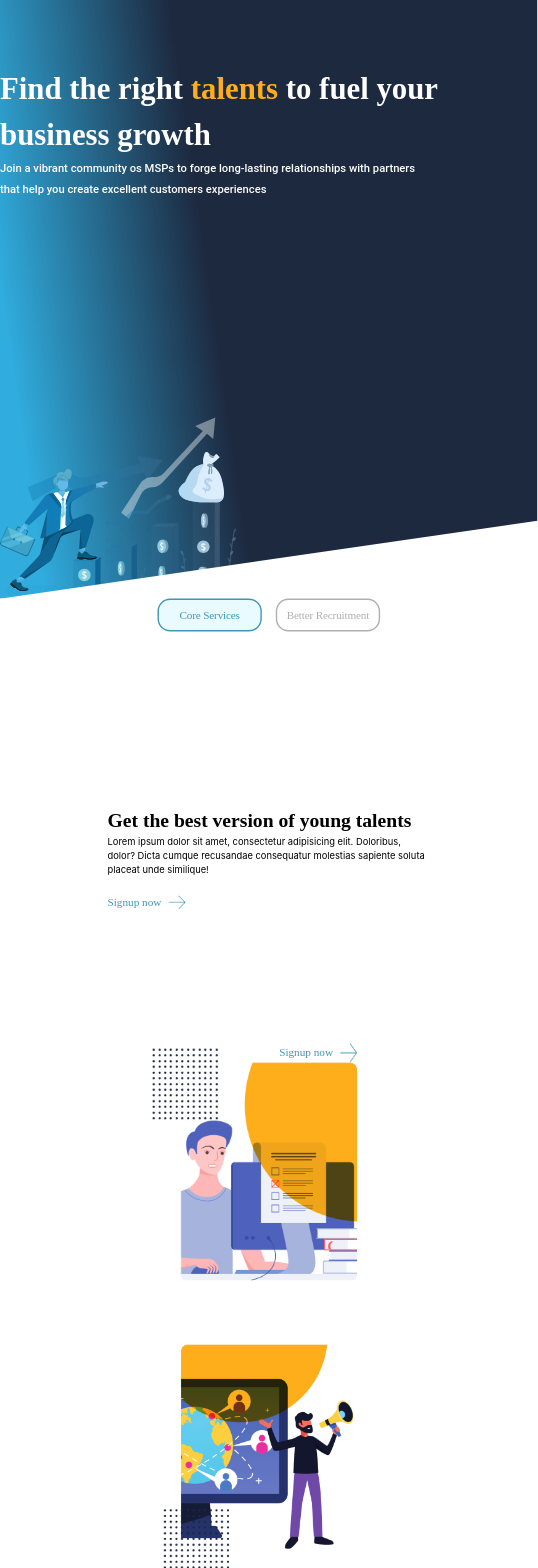
Repository: uh-sman/Vacanxe
Page: /
The author's editor kept a copy of each file at every save. The page is drawn from the files as they stood at one save, then again after the next save.
The browser window is 768 px wide. The pictures show the part of the page from y = 0 to 2240 px (the page is 5602 px tall before and 5822 px after), at 70% of full size.
The project was rebuilt for these pictures with package versions that can differ from the ones it lists, and the page was loaded fresh each time. Also part of the build but not shown: src/components/data.js, src/components/navbar.css, src/components/SideNav.jsx, src/components/Navbar.jsx.

Above is the page before, as saved 2022-12-04 11:52:37.

### src/App.js
import logo from "./logo.svg";
import "./App.css";
import Head from "./components/Head";

function App() {
  return (
    <div className="App">
      <Head />
    </div>
  );
}

export default App;

### src/App.css
* {
  margin: 0;
  padding: 0;
  box-sizing: border-box;
  list-style: none;
  text-decoration: none;
  /* overflow: hidden; */
}
/* @keyframes App-logo-spin {
  from {
    transform: rotate(0deg);
  }
  to {
    transform: rotate(360deg);
  }
} */

### src/components/Head.js
import React from "react";
import { Body } from "./Body";
import { Footer } from "./Footer";
import { Hero } from "./Hero";
import { Navbar } from "./Navbar";
import { Team } from "./Team";

const Head = () => {
  return (
    <div>
      {/* <Navbar /> */}
      <Hero />
      <Body />
      <Team />
      <Footer />
    </div>
  );
};

export default Head;

### src/components/Body.jsx
import React from "react";
import "./version.css";
import { Services } from "./Services";
import { Versions } from "./Versions";
export const Body = () => {
  return (
    <div>
      <Services />
      <div className="flex">
        <Versions />
      </div>
    </div>
  );
};

### src/components/Footer.jsx
import React from "react";
import logo from "../assets/logo 1.png";
import "./footer.css";
export const Footer = () => {
  return (
    <div>
      <div className="footer-section">
        <div className="image-logo">
          <img src={logo} />
        </div>
        <div className="footer-texts">
          <div className="div">
            <p className="text">
              Your ultimate email solution to grow business and engaging with
              future customers and clients.
            </p>
            <button className="button">Ask Question</button>
          </div>
          <div className="div">
            <ul>
              <h4>Community</h4>
              <li>For Talents</li>
              <li>For Companies</li>
              <li>Facebook Group</li>
              <li>FAQ</li>
            </ul>
          </div>
          <div className="div">
            <ul>
              <h4>About us</h4>
              <li>Meet the Team</li>
              <li>Our Story</li>
              <li>Career</li>
            </ul>
          </div>
          <div className="div">
            <ul>
              <h4>Contacts</h4>
              <p>
                Feel free to get in touch with us via phone or send us a message
              </p>
            </ul>
          </div>
        </div>
        <div className="div">
          <ul>
            <li className="copyright">
              &copy;Vacanxe 2022, All Rights Reserved
            </li>
            <li></li>
          </ul>
        </div>
      </div>
    </div>
  );
};

### src/components/Hero.jsx
import React from "react";
import "./hero.css";
import partner from "../assets/Partner.svg";
export const Hero = () => {
  return (
    <div className="hero">
      <div>
        <div className="container">
          <div className="hero-container">
            <div className="hero-content">
              <h1 className="header">
                Find the right <span>talents</span> to fuel your business growth
              </h1>
              <small className="text">
                Join a vibrant community os MSPs to forge long-lasting
                relationships with partners
                <br /> that help you create excellent customers experiences
              </small>
            </div>
            <div>
              <img src={partner} className="partner-img" />
            </div>
          </div>
        </div>
      </div>
    </div>
  );
};

### src/components/Team.jsx
import React from "react";
import { ContactInfo } from "./ContactInfo";
import { Form } from "./Form";
import "./team.css";
export const Team = () => {
  return (
    <div>
      <div className="team-container">
        <div className="team">
          <div className="build">
            <div className="team-header">
              <h1>
                <span className="custom"> Build</span> Your Dream Team !
              </h1>
              <small className="small">
                Start your team development with a free consultation. Fill out
                the form and Vacanxe representative will contact you.
              </small>
            </div>
            <div className="flexed">
              {" "}
              <div>
                <Form />
              </div>
              <div>
                <ContactInfo />
              </div>
            </div>
          </div>
        </div>
      </div>
    </div>
  );
};
// ;

### src/components/version.css
.version-link {
  font-family: Poppins;
  font-size: 16px;
  font-weight: 500;
  line-height: 28px;
  letter-spacing: 0em;
  color: #4196b8;
  text-align: center;
}
.versions-container {
  margin-top: 80px;
}
.versions-section1 {
  /* display: grid; */
  /* place-items: center; */
  display: flex;
  gap: 162.58px;
  justify-content: center;
  align-items: center;
  margin-bottom: 80px;
  /* padding: 86px 50px; */

  /* grid-template-columns: 1fr 1fr; */
}
.versions-section2 {
  /* display: grid; */
  /* place-items: center; */
  display: flex;
  gap: 162.58px;
  justify-content: center;
  align-items: center;
  margin: auto;
  /* padding: 86px 50px; */

  /* grid-template-columns: 1fr 1fr; */
}
.versions-section1 {
  /* display: grid; */
  /* place-items: center; */
  display: flex;
  gap: 162.58px;
  justify-content: center;
  align-items: center;
  margin: auto;
  padding-top: 86px;
  padding-left: 110px;

  /* grid-template-columns: 1fr 1fr; */
}
.text-section {
  width: 20%;
}
.h2 {
  font-family: Poppins;
  font-size: 28px;
  font-weight: 700;
  line-height: 37px;
  letter-spacing: 0em;
  /* text-align: left; */
  /* width: 379px;
  height: 74px; */

  /* font-family: "Poppins";
  font-style: normal;
  font-weight: 700;
  font-size: 28px;
  line-height: 37px; */
}
.man {
  height: 313.4984436035156px;
  width: 251.41943359375px;
  /* left: 872.580078125px;
top: 830.1708984375px;
border-radius: [object Object]px; */
}
.flex {
  display: flex;
  gap: 36px;
}
/* .versions-container {
  display: flex;
  flex-direction: column;
  justify-content: center;
  align-items: center;
  margin: auto;
} */
.dotted {
  position: absolute;
  margin-top: -20px;
  margin-left: -40px;
}
.dotted-2 {
  position: absolute;
  margin-top: 235px;
  margin-left: -24px;
}
.arrow {
  margin-top: 24px;
  display: flex;
  align-items: center;
  gap: 10px;
}
.arrow1 {
  margin-top: 24px;
  display: flex;

  /* align-items: flex-end; */
  justify-content: flex-end;
  gap: 10px;
}
@media only screen and (max-width: 950px) {
  .versions-section1 {
    flex-direction: column;
    padding-left: 0px;
  }
  .text-section {
    width: 60%;
  }
}

### src/components/Services.jsx
import React from "react";
import "./services.css";
export const Services = () => {
  return (
    <div>
      <div>
        <ul className="services-button-section">
          <a className="btn-core">Core Services</a>
          <a className="btn-better">Better Recruitment</a>
        </ul>
      </div>
    </div>
  );
};

### src/components/Versions.jsx
import React from "react";
import "./version.css";
import man from "../assets/computer.png";
import img from "../assets/Group 1.png";
import img2 from "../assets/Group_4.png";
import arrow from "../assets/Group.png";
import dotted from "../assets/Dot Pattern 1.png";
export const Versions = () => {
  return (
    <div>
      <div className="versions-container">
        <div className="versions-section1">
          <div className="text-section">
            <h2 className="h2">Get the best version of young talents</h2>
            <small>
              Lorem ipsum dolor sit amet, consectetur adipisicing elit.
              Doloribus, dolor? Dicta cumque recusandae consequatur molestias
              sapiente soluta placeat unde similique!
            </small>
            <div className="arrow">
              <a className="version-link">Signup now </a>
              <img src={arrow} />
            </div>
          </div>
          <div>
            <div className="arrow1">
              <a className="version-link">Signup now </a>
              <img src={arrow} />
            </div>
            <img src={dotted} className="dotted" />
            <img src={man} className="man" />
          </div>
        </div>
        <div className="versions-section1">
          <div>
            <img src={dotted} className="dotted-2" />
            <img src={img} className="man" />
          </div>
          <div className="text-section">
            <h2 className="h2">Your Job Posting is on Steroids</h2>
            <small>
              Gain brand authority and visibility with the help of the largest
              IT service ecosystem. Find customers who are looking for your
              solution right now!
            </small>
            <div className="arrow">
              <a className="version-link">Signup now </a>
              <img src={arrow} />
            </div>
          </div>
        </div>
        <div className="versions-section1">
          <div className="text-section">
            <h2 className="h2">
              It's like having Your Recruitment on autopilot
            </h2>
            <small>
              Share collaterals abd documents that are automatically branded.
              Leverage a rich partner network that sells your solution exactly
              the your best salesman would.
            </small>
            <div className="arrow">
              <a className="version-link">Signup now </a>
              <img src={arrow} />
            </div>
          </div>
          <div>
            <img src={dotted} className="dotted" />
            <img src={img2} className="man" />
          </div>
        </div>
      </div>
    </div>
  );
};

### src/components/footer.css
.footer-section {
  background: #1d293f;
  /* height: 533px; */
  /* width: 1600px; */
  /* left: 127px; */
  /* top: 0px;
  border-radius: 0px; */
}

.image-logo {
  position: absolute;
  /* top: 0; */
  margin-top: -120px;
  /* left: -2px; */
  /* display: flex;
  align-items: center;
  justify-content: center; */
  background-color: white;
  padding-top: 140px;
  padding-left: 30px;
  /* width: 25%; */
  /* height: 40%; */
  /* padding: 10px; */
  height: 255px;
  width: 255px;
  left: -30px;
  /* top: -105px; */
  border-radius: 0px;

  border-radius: 50%;
}
.button {
  border: none;
  margin-top: 28px;
  color: white;
  background: #00b6ff;
  padding: 10px 30px;
  border-radius: 10px;
}
.ultimate-email {
  color: white;
  position: absolute;
  margin-top: 180px;
  padding-left: 245px;
  /* height: 84px;
  left: 21.54%;
  right: 63.06%;
  top: calc(50% - 84px / 2 - 108.5px); */
}
.footer-texts {
  color: #ffff;
  display: grid;
  padding-top: 80px;
  padding-left: 50px;
  /* margin-left: 120px; */
  margin: 0px 80px;
  place-items: center;
  /* margin-right: 40px; */
  margin-top: 180px;
  grid-template-columns: 1fr 1fr 1fr 1fr;
  padding-bottom: 124px;
  border-bottom: 1px solid #8c97ac;
}
.footer-texts h4 {
  color: #8c97ac;
  margin-bottom: 16px;
}
/* .ultimate-email p {
  width: 40%;
} */
.text {
  margin-top: 100px;
  color: #8c97ac;
}
.copyright {
  color: #8c97ac;
  padding: 10px 90px;
}
@media only screen and (min-width: 650px) and (max-width: 1200px) {
  .footer-texts {
    padding-top: 150px;
    grid-template-columns: 1fr 1fr;
    text-align: center;
  }
  .text {
    margin-top: 0px;
  }
  .div {
    margin-bottom: 40px;
  }
}
@media only screen and (max-width: 650px) {
  .footer-texts {
    padding-left: 0px;
    padding-top: 180px;
    grid-template-columns: 1fr;
    text-align: center;
  }
  .text {
    margin-top: 0px;
  }
  .div {
    margin-bottom: 40px;
  }
}

### src/components/hero.css
.hero-container {
  /* position: relative; */
  display: flex;
  justify-content: center;
  /* align-items: center; */
  /* gap: 10px; */
  background: linear-gradient(
    261.8deg,
    #1d293f 59.05%,
    rgba(0, 153, 214, 0.81) 92.75%
  );
  clip-path: polygon(0 0, 100% 0, 100% 87%, 0% 100%);
  /* height: 466px; */

  /* height: 400px; */
  /* width: 1511.9998779296875px; */
  /* left: 0px;
  top: 133px; */
  border-radius: 0px;
}
/* .hero {
  position: relative;
} */
.header {
  color: white;
  font-family: Poppins;
  font-size: 44px;
  font-weight: 700;
  /* width: 40%; */
  /* position: absolute; */
  /* margin-left: 30%; */
  line-height: 65px;
  letter-spacing: 0em;
  /* text-align: center; */
}
.header span {
  color: #ffae1b;
  /* height: 130px; */
  /* width: 620px; */
  /* left: 84.5px;
  top: 0px;
  border-radius: nullpx; */
}
.hero-content {
  color: white;
  padding-top: 95px;
  width: 40%;
}
.text {
  color: white;
  /* padding-top: -40px; */
  /* position: absolute; */
  /* width: 36%; */
  padding-top: 30px;
  /* margin-left: 30%; */
  font-family: Roboto;
  font-size: 16px;
  font-weight: 500;
  line-height: 30px;
  /* text-align: center; */
  letter-spacing: 0em;
}
/* .container {
  display: flex;
} */
.partner-img {
  margin-top: 40%;
  /* height: 259.00042724609375px;
  width: 337.5585021972656px;
  left: 1069px;
  top: 238.9998779296875px;
  border-radius: 0px; */
  /* position: absolute; */
  /* left: 70.7%; */
  /* right: 6.97%; */
  /* top: 6.33%; */
  /* bottom: 86.8%; */

  mix-blend-mode: luminosity;
}
@media only screen and (max-width: 950px) {
  .hero-container {
    flex-direction: column;
  }
  .hero-content {
    width: 100vw;
  }
}

### src/components/ContactInfo.jsx
import React from "react";
import "./contact.css";
import location from "../assets/Location.png";
import message from "../assets/Message.png";
import twitter from "../assets/twitter.png";
import facebook from "../assets/facebook.png";
import instagram from "../assets/instagram.png";
import linkedin from "../assets/linkedin.png";
import stroke from "../assets/Stroke 5.png";
export const ContactInfo = () => {
  return (
    <div>
      <div className="contact-container">
        <h1 className="header-text">Contact info:</h1>
        <div className="contact-section">
          <div>
            <p className="contact">
              <img src={location} /> 4157 Washington Ave. Manchester, Kentucky
              39495
            </p>
          </div>
          <div>
            <ul className="contact-list">
              <div>
                <img src={stroke} />
              </div>
              <div>
                <li>(505) 555-0119</li>
                <li>(505) 555-0120</li>
                <li>(505) 555-0125</li>
              </div>
            </ul>
          </div>
          <div>
            <p className="contact">
              <img src={message} /> Consult@Vacanxe.com
            </p>
          </div>
          <div>
            <h2>Follow us:</h2>
            <div className="socials">
              <img src={facebook} />
              <img src={twitter} />
              <img src={linkedin} />
              <img src={instagram} />
            </div>
          </div>
        </div>
      </div>
    </div>
  );
};

### src/components/Form.jsx
import React from "react";
import { ContactInfo } from "./ContactInfo";
import "./form.css";
export const Form = () => {
  return (
    <div>
      <div className="team-section">
        <div>
          <form className="form-container">
            <div className="form">
              <label>Your name</label>
              <input className="input-field" placeholder="Enter your name" />
            </div>
            <div className="form">
              <label>Your email</label>
              <input className="input-field" placeholder="Enter your email" />
            </div>
            <div className="form">
              <label>Your Phone Number</label>
              <input
                className="input-field"
                placeholder="Enter your phone number"
              />
            </div>
            <div className="form">
              <label>Your Company Name</label>
              <input
                className="input-field"
                placeholder="Enter your Company Name"
              />
            </div>
            <div className="form">
              <label>Message</label>
              <input className="message" placeholder="Type here..." />
            </div>
            <button className="form-button">Consult with us</button>
          </form>
        </div>
      </div>
    </div>
  );
};

### src/components/team.css
.team-container {
  background: #f4fbff;
  /* height: 1101px; */
  /* width: 1539px; */
  /* left: -14px;
top: 2142px; */
  border-radius: 0px;
}
.custom {
  border-bottom: 4px solid #4eb9e3;
}
.build {
  color: #4b4c4e;
}
.flexed {
  margin: 73px 0px;
  display: flex;
  gap: 98px;
}
.team {
  display: flex;
  justify-content: center;
  padding: 64px 0px;
}
/* .small {
  padding-bottom: 73px;
} */
@media only screen and (max-width: 950px) {
  .flexed {
    flex-direction: column;
  }
  .team-header {
    text-align: center;
  }
}

### src/components/services.css
.services-button-section {
  display: flex;
  gap: 20px;
  justify-content: center;

  margin-bottom: 86px;
}
.btn-core {
  font-family: Poppins;
  font-size: 16px;
  font-weight: 500;
  line-height: 24px;
  letter-spacing: -0.015em;
  text-align: center;
  border: 2px solid #4196b8;
  height: 47px;
  width: 149px;
  display: flex;
  align-items: center;
  justify-content: center;
  border-radius: 18px;
  background-color: #e9fbff;
  color: #4196b8;
}
.btn-better {
  font-family: Poppins;
  font-size: 16px;
  font-weight: 500;
  line-height: 24px;
  letter-spacing: -0.015em;
  text-align: center;
  border: 2px solid #afafaf;
  height: 47px;
  width: 149px;
  display: flex;
  align-items: center;
  justify-content: center;
  border-radius: 18px;
  background-color: #ededed 10%;
  color: #afafaf;
}
@media only screen and (max-width: 450px) {
  .services-button-section {
    gap: 20px;
    flex-direction: column;
    align-items: center;
    margin-bottom: 0px;
  }
}

### src/components/contact.css
.header-text {
  /* height: 28px;
  width: 132px;
  left: 931px;
  top: 2435px;
  border-radius: nullpx; */
}
.contact {
  display: flex;
  align-items: center;
  gap: 20px;
}
.contact-section {
  display: flex;
  flex-direction: column;
  gap: 40px;
  margin: 30px 0px;
}
.contact-list {
  display: flex;
  gap: 20px;
}
.socials {
  margin-top: 16px;
  display: flex;
  gap: 10px;
}
@media only screen and (max-width: 750px) {
  .contact-container {
    padding: 0px 30px;
  }
}

### src/components/form.css
.form {
  display: flex;
  flex-direction: column;
}
.form label {
  height: 22px;
  width: 78px;
  left: 263px;
  top: 2409px;
  border-radius: nullpx;
}
.input-field {
  padding: 0px 24px;
  height: 55px;
  width: 574px;
  left: 259px;
  top: 2536px;
  border-radius: 10px;
  border: 1px solid #c8d0da;
  outline: transparent;
}
.message {
  padding: 0px 24px;
  height: 203px;
  width: 574px;
  left: 259px;
  /* top: 2839px; */
  border: 1px solid #c8d0da;
  border-radius: 10px;
  outline: transparent;
}
.form-button {
  font-family: Rubik;
  font-size: 14px;
  font-weight: 700;
  line-height: 16px;
  /* letter-spacing: 0em; */
  /* text-align: left; */

  margin-top: 19px;
  border: none;
  color: white;
  background-color: #4eb9e3;
  height: 40px;
  width: 215px;
  left: 257px;
  top: 3061px;
  border-radius: 8px;
  padding: 12px 24px 12px 24px;
}
.form-container {
  display: flex;
  flex-direction: column;
  align-items: center;
  justify-content: center;
}
/* .team-section {
  display: flex;
  justify-content: center;
  align-items: center;
} */

@media only screen and (min-width: 200px) and (max-width: 600px) {
  .input-field {
    width: 250px;
  }
  .message {
    width: 250px;
  }
}

Loaded but not shown: public/index.html (common file); src/index.js (common file); src/index.css (common file); src/reportWebVitals.js (common file)

After the next save:
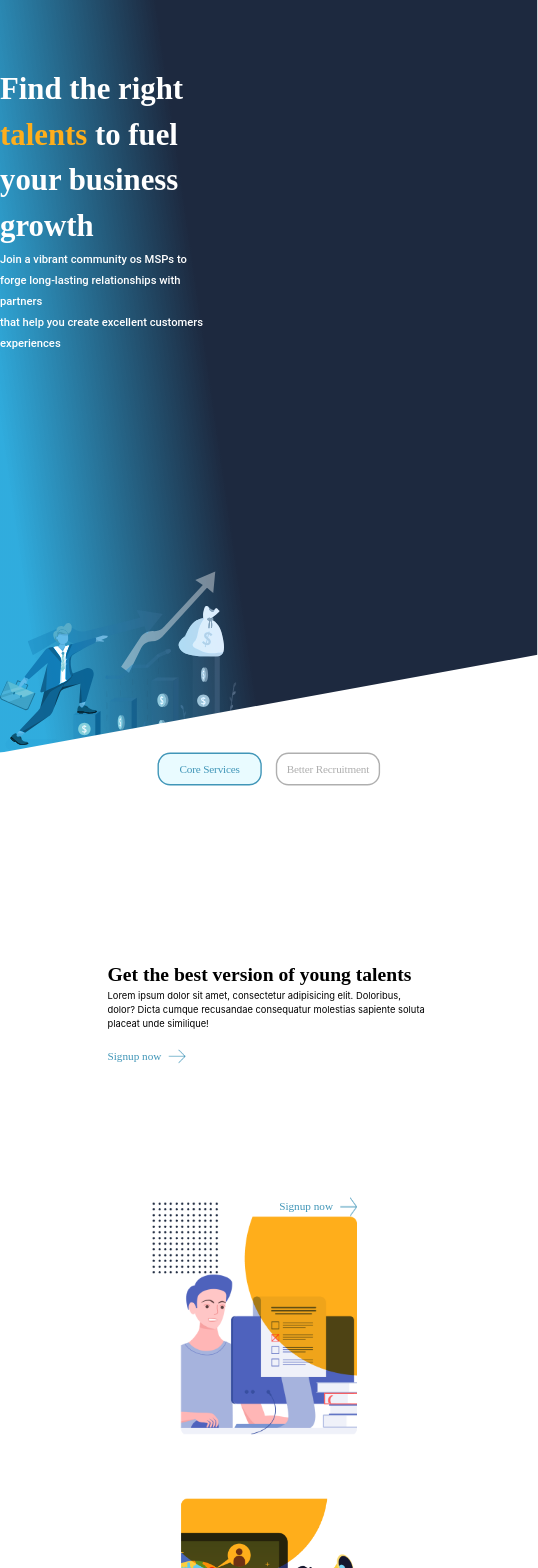
Saved 15 s later.
--- a/src/components/hero.css
+++ b/src/components/hero.css
@@ -82,7 +82,7 @@
   .hero-container {
     flex-direction: column;
   }
-  .hero-content {
+  /* .hero-content {
     width: 100vw;
-  }
+  } */
 }
